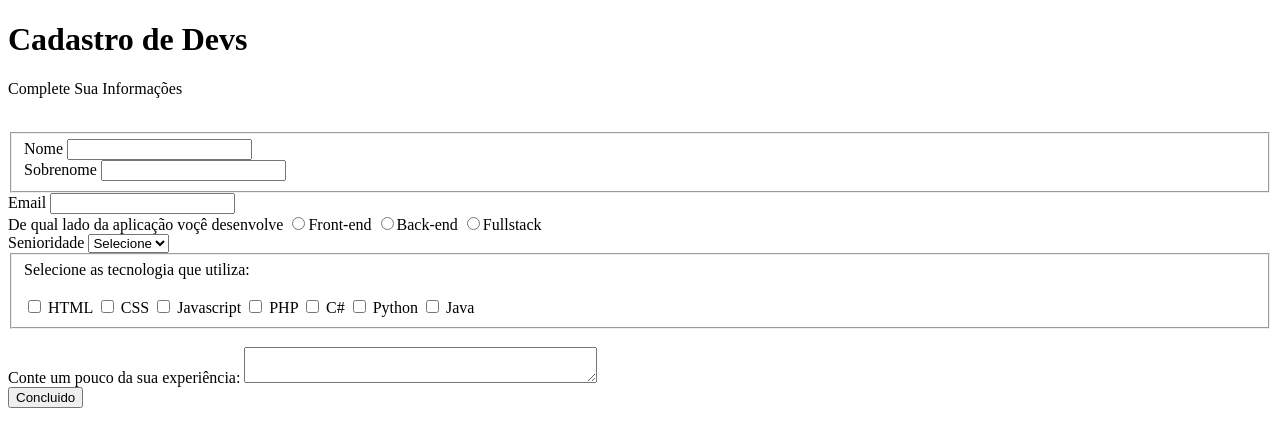
Repository: 2020francesco/formulario
Page: formulario.html
The author's editor kept a copy of each file at every save. The page is drawn from the files as they stood at one save, then again after a run of saves.
The browser window is 1280 px wide. The pictures show the whole page.

Above is the page before, as saved 2021-04-20 12:21:09.

After the next 2 saves:
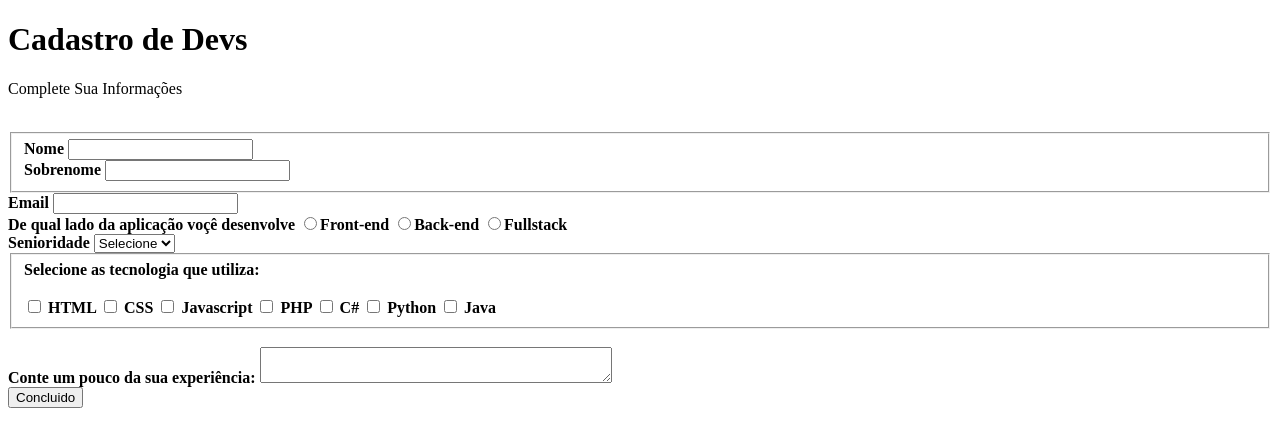
The 2 saves are shown as one change because they came seconds apart.
The last was saved 5 s later.
--- a/formulario.html
+++ b/formulario.html
@@ -17,7 +17,7 @@
     <form>
       <fieldset class="grupo">
         <div>
-          <label for="nome"><strong></strong>Nome</label>
+          <label for="nome"><strong>Nome</label>
           <input type="text" name="nome" id="nome">
         </div>
 

After the 2 saves that followed:
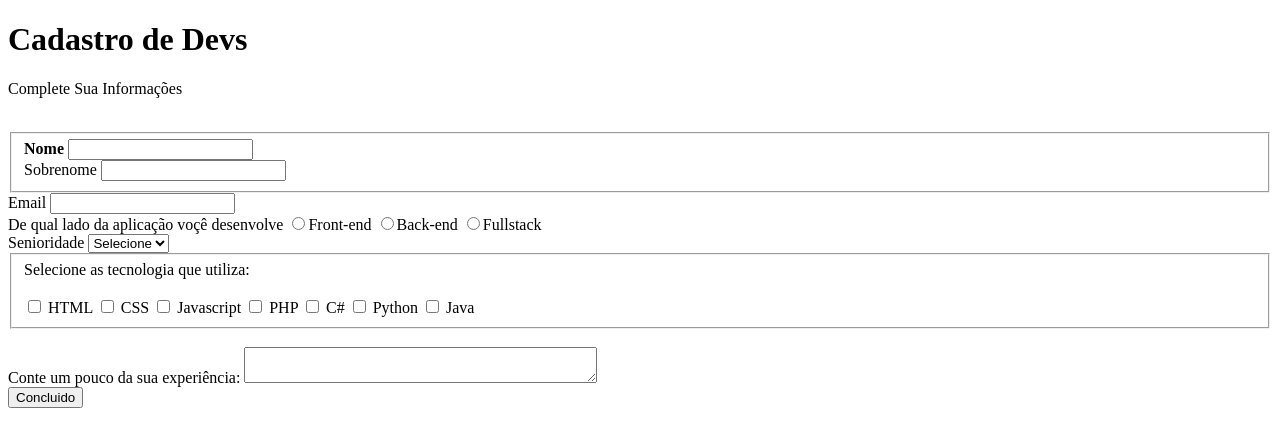
The 2 saves are shown as one change because they came seconds apart.
The last was saved 5 s later.
--- a/formulario.html
+++ b/formulario.html
@@ -17,7 +17,7 @@
     <form>
       <fieldset class="grupo">
         <div>
-          <label for="nome"><strong>Nome</label>
+          <label for="nome"><strong>Nome</strong></label>
           <input type="text" name="nome" id="nome">
         </div>
 
